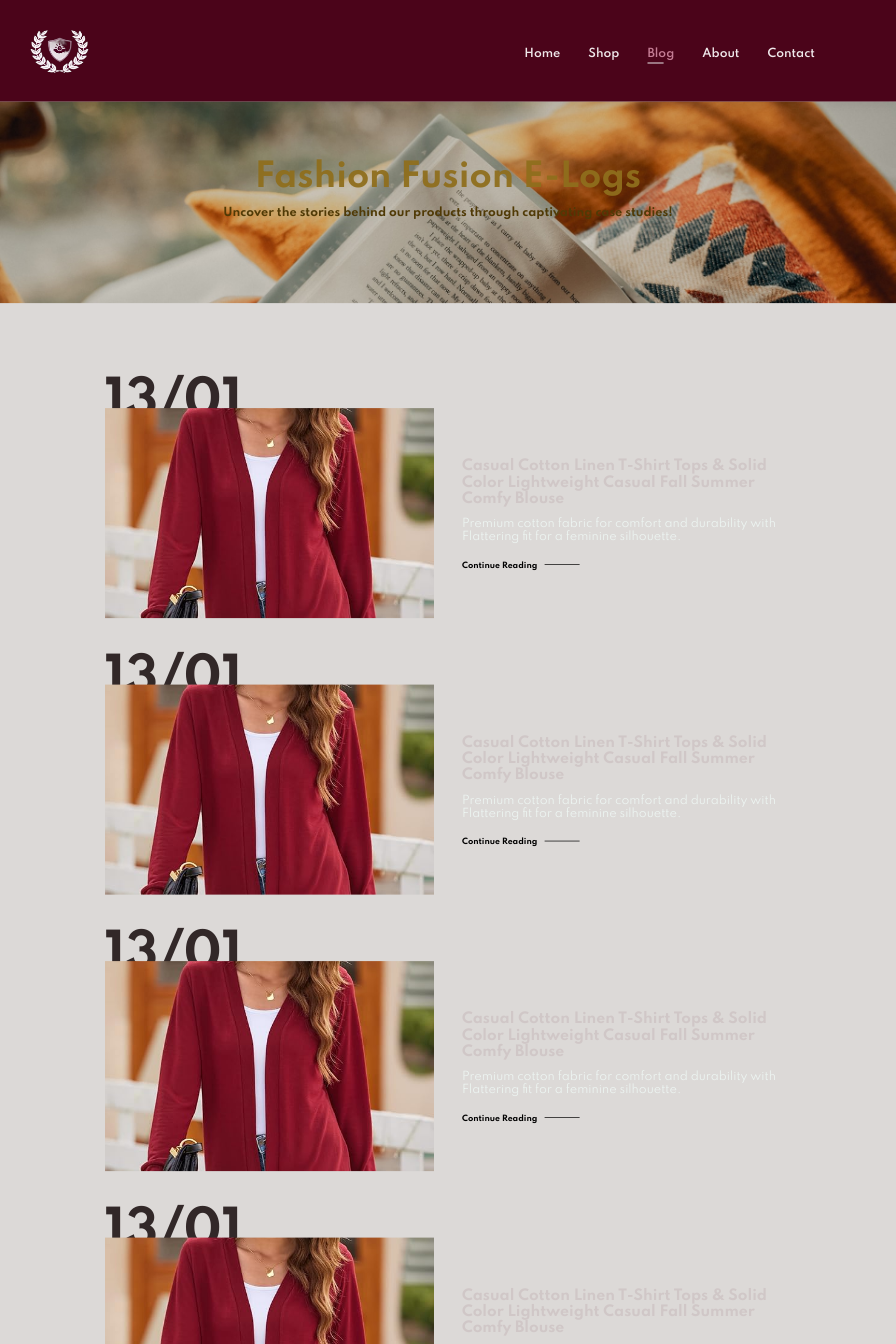
Repository: JhananiNallasamy/ECommerce-website-deployment
Page: blog.html
An editor plug-in stored every save of this project. The page is shown before and after a run of saves, followed by the edit.
The browser window is 1280 px wide. The pictures show the part of the page from y = 0 to 1920 px (the page is 3598 px tall), at 70% of full size.
Some web libraries are served in a nearby version.

Above is the page before, as saved 2024-05-05 10:29:10.

### blog.html
<!DOCTYPE html>
<html lang="en">
<head>
    <meta charset="UTF-8">
    <meta name="viewport" content="width=device-width, initial-scale=1.0">
    <title>E-COMMERCE WEBSITE</title>
    <link rel="stylesheet" href="https://pro.fontawesome.com/releases/v5.10.0/css/all.css"/>
    <link rel="stylesheet" href="style.css">
</head>

<body style="background-color: rgba(157, 149, 144, 0.353);">
    <section id="header">
        <a href="#"> <img src="img/logo.png" height="80px", width="90px" class="logo" alt="logo"> </a>

        <div>
            <ul id="navbar">
                <li><a href="index.html">Home</a></li>
                <li><a>Shop</a></li>
                <li><a class="active" href="blog.html">Blog</a></li>
                <li><a href="about.html">About</a></li>
                <li><a href="contact.html">Contact</a></li>
                <li id="lg-bag"><a href="cart.html"><i class="far fa-shopping-bag"></i></a></li>
                <a href="#" id="close"><i class="far fa-times"></i></a>
            </ul>
        </div>
        <div id="mobile">
            <a href="cart.html"><i class="far fa-shopping-bag"></i></a>
            <i id="bar" class="fas fa-outdent"></i>
        </div>
    </section>

    <!--nav bar code at top is over -->

    <section id="page-header" class="blog-header">

        <h2 style="color: #8f6e1df1">Fashion Fusion E-Logs</h2>
        <p style="color: #503a06; font-weight: bold;">Uncover the stories behind our products through captivating case studies!</p><br>
    </section>

    <section id="blog">
        <div class="blog-box">
            <div class="blog-img">
                <img src="img/blog/f9a.png" alt="f9a in blog">
            </div>
            <div class="blog-details">
            <h4> Casual Cotton Linen T-Shirt Tops & Solid Color Lightweight Casual Fall Summer Comfy Blouse </h4>
            <p>Premium cotton fabric for comfort and durability with Flattering fit for a feminine silhouette.</p>
            <a href="#"> Continue Reading </a>
            </div>
            <h1>13/01</h1>
        </div>
        <div class="blog-box">
            <div class="blog-img">
                <img src="img/blog/f9a.png" alt="f9a in blog">
            </div>
            <div class="blog-details">
            <h4> Casual Cotton Linen T-Shirt Tops & Solid Color Lightweight Casual Fall Summer Comfy Blouse </h4>
            <p>Premium cotton fabric for comfort and durability with Flattering fit for a feminine silhouette.</p>
            <a href="#"> Continue Reading </a>
            </div>
            <h1>13/01</h1>
        </div>
        <div class="blog-box">
            <div class="blog-img">
                <img src="img/blog/f9a.png" alt="f9a in blog">
            </div>
            <div class="blog-details">
            <h4> Casual Cotton Linen T-Shirt Tops & Solid Color Lightweight Casual Fall Summer Comfy Blouse </h4>
            <p>Premium cotton fabric for comfort and durability with Flattering fit for a feminine silhouette.</p>
            <a href="#"> Continue Reading </a>
            </div>
            <h1>13/01</h1>
        </div>
        <div class="blog-box">
            <div class="blog-img">
                <img src="img/blog/f9a.png" alt="f9a in blog">
            </div>
            <div class="blog-details">
            <h4> Casual Cotton Linen T-Shirt Tops & Solid Color Lightweight Casual Fall Summer Comfy Blouse </h4>
            <p>Premium cotton fabric for comfort and durability with Flattering fit for a feminine silhouette.</p>
            <a href="#"> Continue Reading </a>
            </div>
            <h1>13/01</h1>
        </div>
        <div class="blog-box">
            <div class="blog-img">
                <img src="img/blog/f9a.png" alt="f9a in blog">
            </div>
            <div class="blog-details">
            <h4> Casual Cotton Linen T-Shirt Tops & Solid Color Lightweight Casual Fall Summer Comfy Blouse </h4>
            <p>Premium cotton fabric for comfort and durability with Flattering fit for a feminine silhouette.</p>
            <a href="#"> Continue Reading </a>
            </div>
            <h1>13/01</h1>
        </div>



    </section>
        <section id="pagination" class="section-p1">
        <a href="#">1</a>
        <a href="#">2</a>
        <a href="#"><i class="fal fa-long-arrow-alt-right"></i></a>
        </section>


    <section id="newsletter" class="section-p1 section-m1">
        <div class="newstext">
            <h4>Sign Up for Newsletters</h4>
            <p>Get E-mail updates about our latest shop and <span>special offers</span>.</p>
        </div>
        <div class="form">
            <input type="text" placeholder="Your E-mail Address">
            <button class="normal">Sign Up</button>
        </div>
    </section>

    <footer class="section-p1">
        <div class="col">
            <img class="logo" src="img/logo.png" alt="logo image">
            <h4 style="color: maroon;">Contact</h4>
            <p style="color: maroon;"><strong>Address:</strong>103 Washington Road,Street32,SanFransico</p>
            <p style="color: maroon;"><strong>Phone:</strong>(+91) 78936 41730</p>
            <p style="color: maroon;"><strong>Hours:</strong>24 hrs,Mon-Sun</p>
            <div class="follow">
                <h4 style="color: rgb(32, 2, 2);">Follow Us</h4>
                <div class="icon">
                    <i class="fab fa-facebook-f"></i>
                    <i class="fab fa-twitter"></i>
                    <i class="fab fa-instagram"></i>
                    <i class="fab fa-pinterest-p"></i>
                    <i class="fab fa-youtube"></i>
                </div>
            </div>
        </div>
        <div class="col">
            <h4 style="color: maroon;">About</h4>
            <a href="#">About Us</a>
            <a href="#">Delivery Information</a>
            <a href="#">Privacy Policy</a>
            <a href="#">Terms & Conditions</a>
            <a href="#">Contact Us</a>
        </div>
        <div class="col">
            <h4 style="color: maroon;">My Account</h4>
            <a href="#">Sign In</a>
            <a href="#">View Cart</a>
            <a href="#">My Wishlist</a>
            <a href="#">Track My Order</a>
            <a href="#">Help</a>
        </div>
        <div class="col install">
            <h4 style="color: maroon;">Install App</h4>
            <p style="color: rgb(29, 2, 2);">From App Store or Google Play</p>
            <div class="row">
                <img src="img/pay/app.jpg" alt="app img in pay folder">
                <img src="img/pay/play.jpg" alt="play img in pay folder">
            </div>
            <p style="color: rgb(30, 2, 2);">Secured Payment Gateways</p>
            <img src="img/pay/pay.png"  alt="pay img inside pay folder">
        </div>
            <div class="copyright">
                <p style="color: rgb(14, 1, 1);">© 2025, Jhanani - HTML CSS Ecommerce Template</p>
            </div>
        </footer>


    <script src="script.js"></script>

</body>
</html>

Loaded but not shown: script.js (17 lines, source omitted); style.css (858 lines, source omitted)

After the next 2 saves:
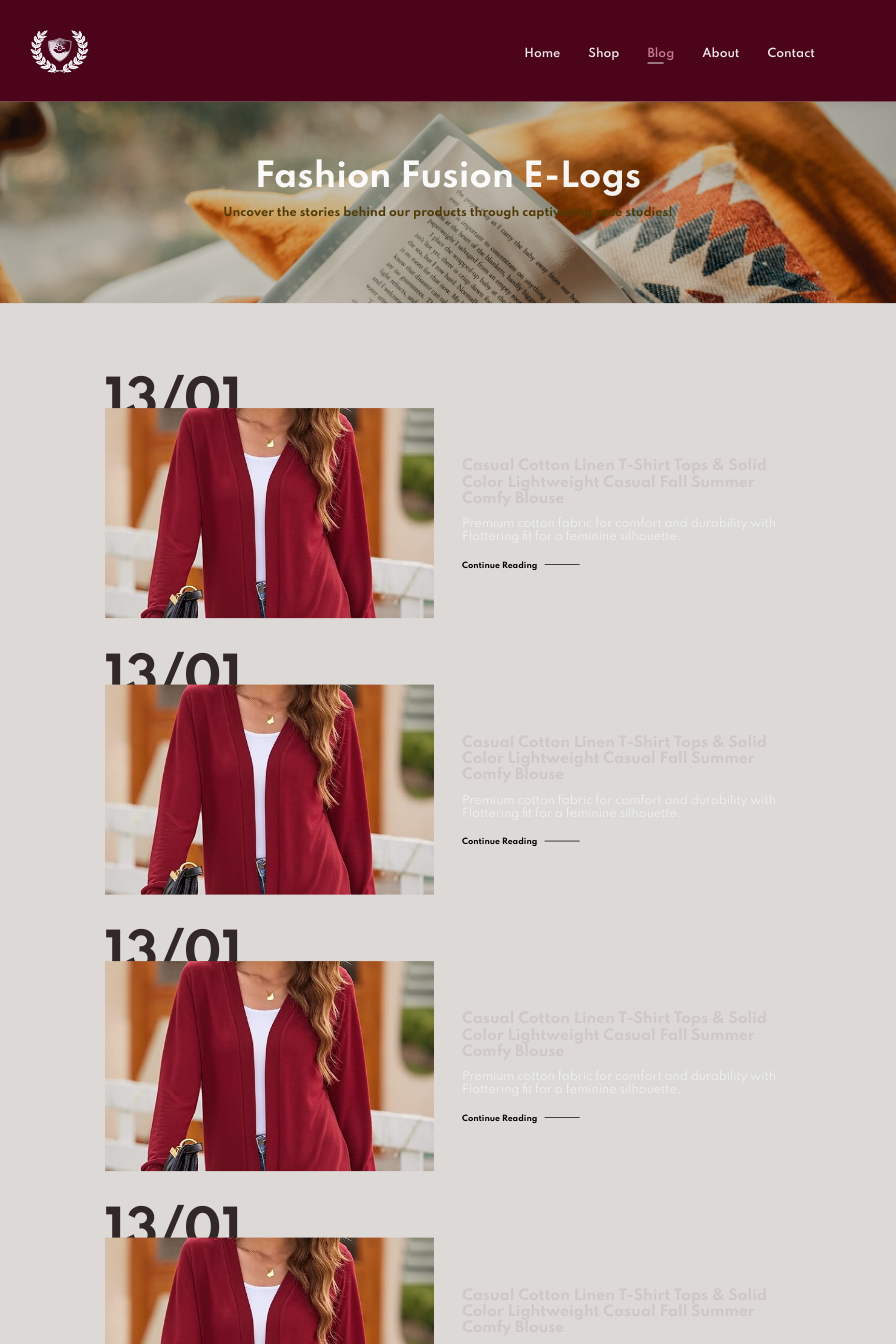
The 2 saves are shown as one change because they came seconds apart.
The last was saved 9 s later.
--- a/blog.html
+++ b/blog.html
@@ -33,7 +33,7 @@
 
     <section id="page-header" class="blog-header">
 
-        <h2 style="color: #8f6e1df1">Fashion Fusion E-Logs</h2>
+        <h2 style="color: #fffffff1">Fashion Fusion E-Logs</h2>
         <p style="color: #503a06; font-weight: bold;">Uncover the stories behind our products through captivating case studies!</p><br>
     </section>
 
